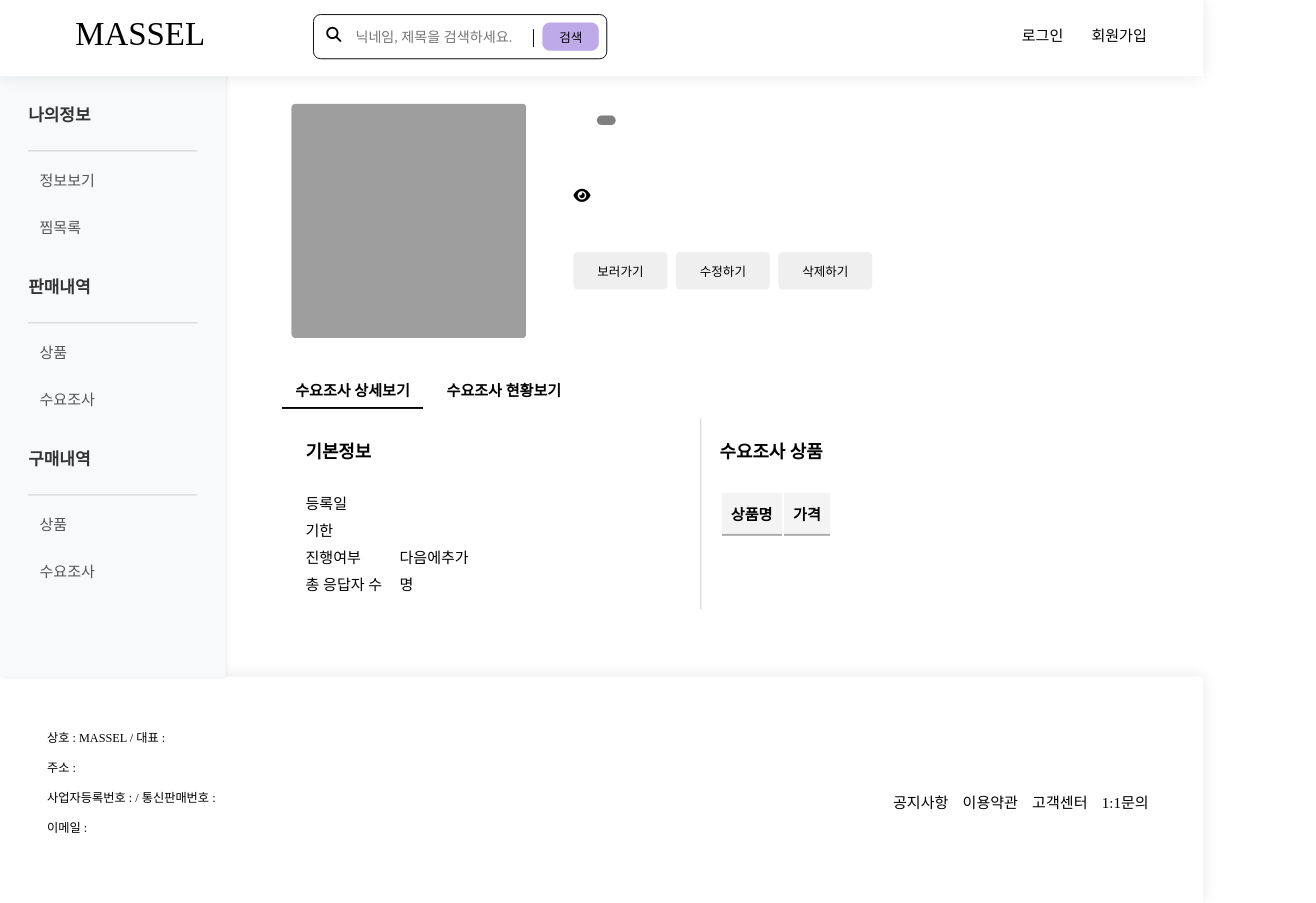
Repository: mmyyt/MASSEL
Page: http://localhost/MASSEL/WEB-INF/views/demandsurvey/dsFormDetail.jsp
An editor plug-in stored every save of this project. The page is shown before and after the next save, followed by the edit.
The browser window is 1280 px wide. The page is 1400 px wide, so the pictures cover 1400 px, including what lies to the right of the window. The pictures show the whole page, at 94% of full size.
Pictures or frames that could not be fetched are drawn as grey boxes. Some web fonts or font styles are not loaded; a fallback is used. Some web libraries are served in a nearby version. The page is served by Tomcat 9. Nobody is signed in. The template is opened directly, without the code that normally fills it, so the values that code supplies are empty.

Above is the page before, as saved 2024-11-20 10:24:51.

After the next save:
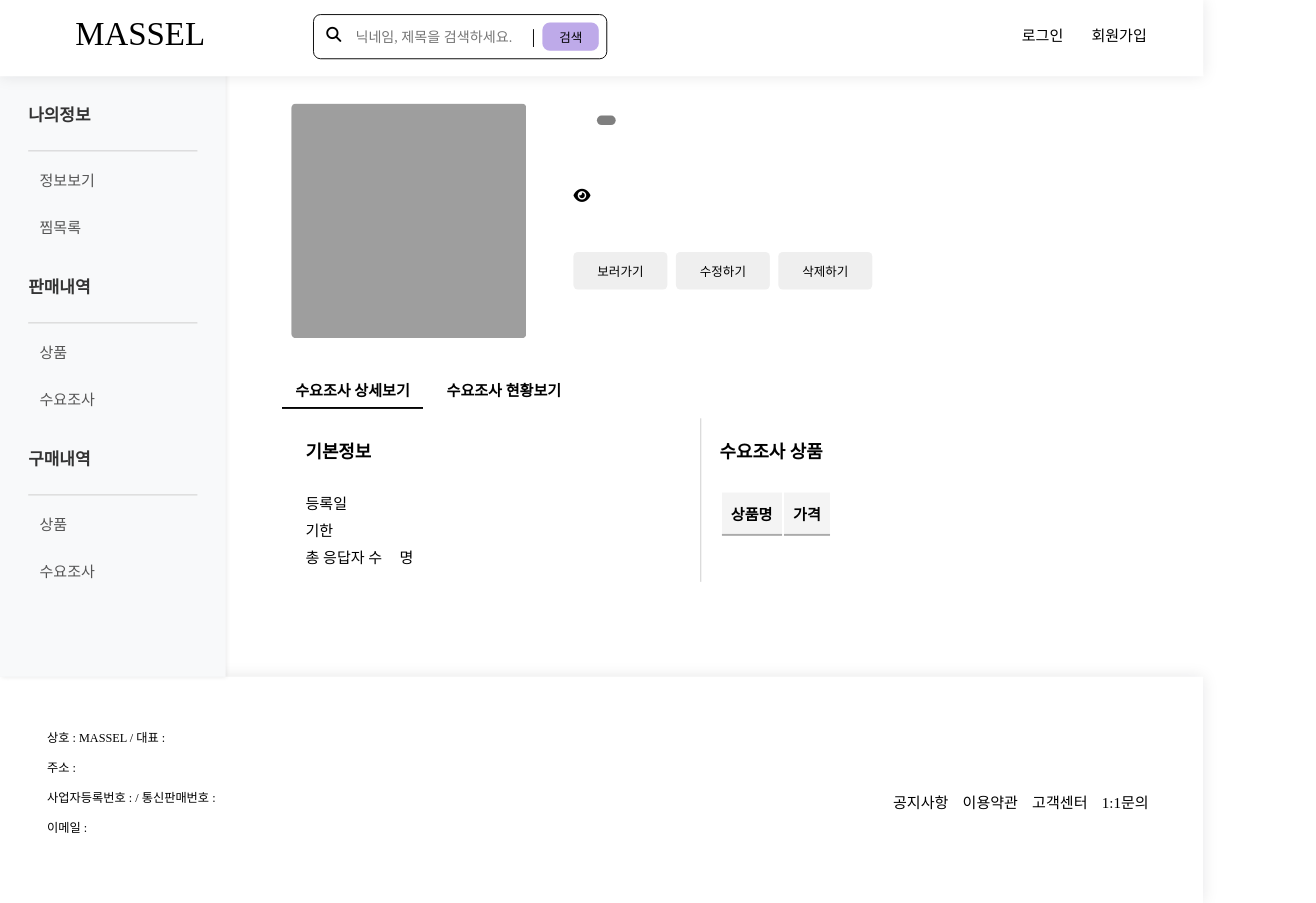
Saved 2 min 56 s later.
--- a/MASSEL/src/main/webapp/WEB-INF/views/demandsurvey/dsFormDetail.jsp
+++ b/MASSEL/src/main/webapp/WEB-INF/views/demandsurvey/dsFormDetail.jsp
@@ -127,10 +127,6 @@
             						<ul class="info-list">
             							<li>기한</li>
             							<li>${data.dsvo.fullDate }</li>
-            						</ul>
-            						<ul class="info-list">
-            							<li>진행여부</li>
-            							<li>다음에추가</li>
             						</ul>
             						<ul class="info-list">
             							<li>총 응답자 수</li>
